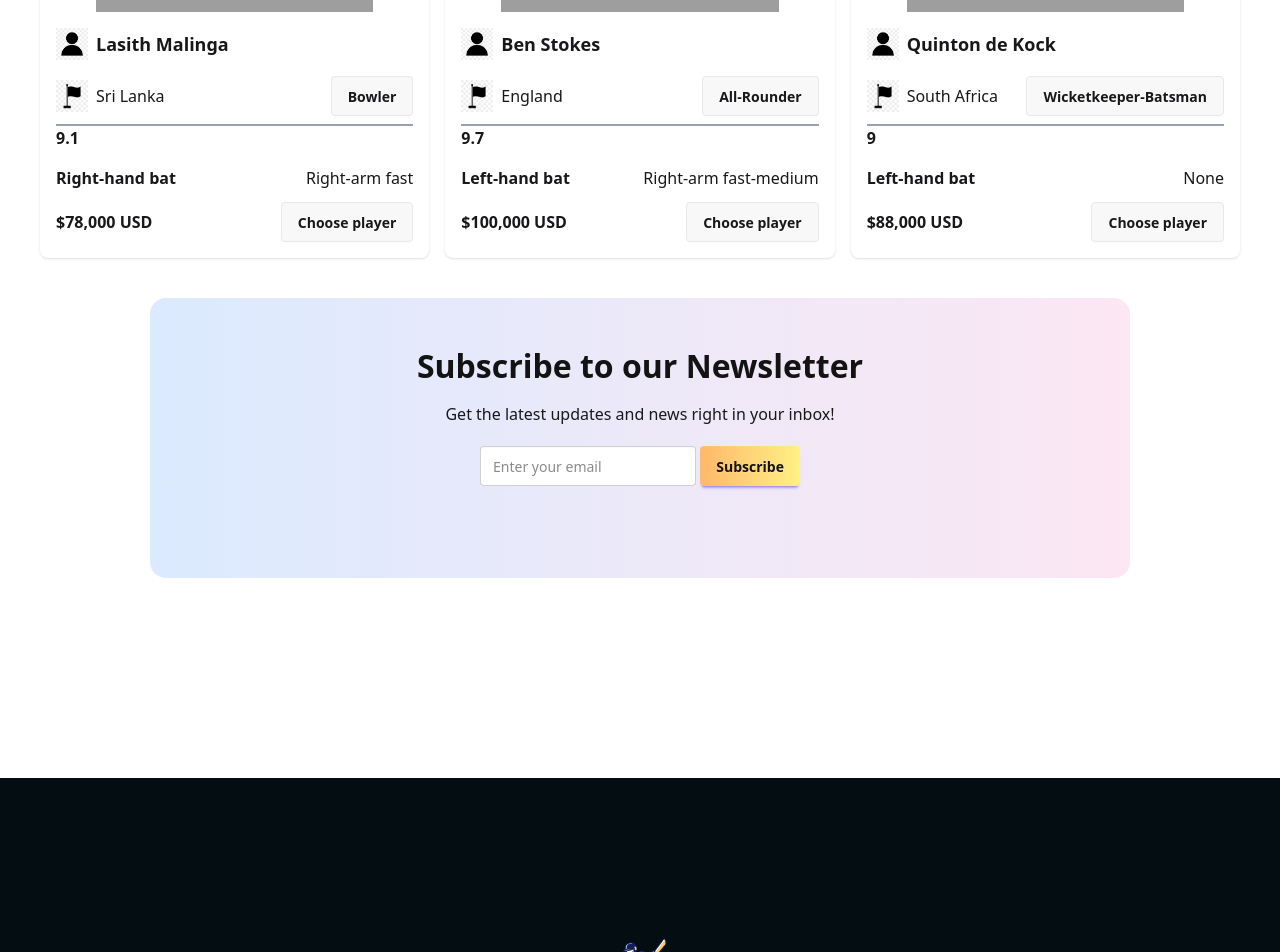
Repository: SanjidaSnigdha/Select-your-eleven
Page: /
These files come from the project's save history. The page is drawn as it stood at one moment and after the next save; the edit follows.
The browser window is 1280 px wide. The pictures show the part of the page from y = 2819 to 3771 px (the page is 4127 px tall before and 4079 px after).
Pictures or frames that could not be fetched are drawn as grey boxes. The project was rebuilt for these pictures with package versions that can differ from the ones it lists, and the page was loaded fresh each time. Also part of the build but not shown: vite.config.js, src/App.css, src/components/SelectedCard/SelectedCard.jsx, src/components/SelectedPlayers/SelectedPlayers.jsx.

Above is the page before, as saved 2026-03-23 02:59:18.

### index.html
<!doctype html>
<html lang="en" style="color-scheme: light;">
  <head>
    <meta charset="UTF-8" />
    <link rel="icon" type="image/svg+xml" href="/favicon.svg" />
    <meta name="viewport" content="width=device-width, initial-scale=1.0" />
    <title>select-your-eleven</title>
  </head>
  <body>
    <div id="root"></div>
    <script type="module" src="/src/main.jsx"></script>
  </body>
</html>

### src/index.css
 @import "tailwindcss";
 @plugin "daisyui" {
  themes: light --default, dark --prefersdark;
  themes: light --default;
 }

### src/App.jsx

import './App.css'
import { ToastContainer } from 'react-toastify';

import AvailablePlayers from './components/AvailablePlayers/AvailablePlayers'
import SelectedPlayers from './components/SelectedPlayers/SelectedPlayers'
import Navbar from './components/Navbar/Navbar'
import { Suspense, useState } from 'react'
import Banner from './components/Banner/Banner';
import Footer from './components/Footer/Footer';
import NewsLetter from './components/NewsLetter/NewsLetter';

const fetchPlayers = async () =>{
  const res = await fetch("/players.json")
  return res.json()
}
const playersPromise = fetchPlayers()


function App() {
  const [toggle,setToggle] = useState(true)
  const [availableBalance,setAvailableBalance] = useState(600000)
  const [purchasedPlayers,setPurchasedPlayers] = useState([])
  const removePlayer = (p) =>{
    const filteredData = purchasedPlayers.filter(ply=> ply.player_name!==p.player_name)
    console.log(filteredData)
    setPurchasedPlayers(filteredData)
    setAvailableBalance(availableBalance+parseInt(p.price.split("USD").join("").
                split(",").join("")))

  }

  return (
    <>
   <Navbar availableBalance={availableBalance}></Navbar>
   <Banner></Banner>
   <div className='max-w-[1200px] mx-auto flex justify-between items-center'>
    <h1 className='font-bold text-2xl'>{
    toggle===true?"Available players":`Selected players(${purchasedPlayers.length}/6)`}</h1>
    <div className='font-bold'>
      <button onClick={()=>setToggle(true)} className={`py-3 px-4 border-1 border-gray-400 rounded-l-2xl border-r-0 ${toggle===true?"bg-[#E7FE29]":""}`}>Available</button>
      <button onClick={()=>setToggle(false)} className={`py-3 px-4 border-1 border-gray-400 rounded-r-2xl border-l-0 ${toggle===false?"bg-[#E7FE29]":""}`}>Selected <span>({purchasedPlayers.length})</span></button>
    </div>

   </div>

     {
      toggle === true?<Suspense fallback={<span className="loading loading-spinner loading-xl"></span>
}>
    <AvailablePlayers purchasedPlayers={purchasedPlayers} setPurchasedPlayers={setPurchasedPlayers} availableBalance={availableBalance} setAvailableBalance={setAvailableBalance} playersPromise={playersPromise}></AvailablePlayers>
</Suspense>:<SelectedPlayers removePlayer={removePlayer} purchasedPlayers={purchasedPlayers} setToggle={setToggle}></SelectedPlayers>

     }



      <ToastContainer></ToastContainer>
      <div className='relative mt-20'>
        <div className='-mt-10'>
              <NewsLetter></NewsLetter>
              </div>

      </div>
      <Footer></Footer>

    </>
  )
}

export default App

### src/components/AvailablePlayers/AvailablePlayers.jsx
import React, { use } from 'react';

import PlayerCard from '../PlayerCard/PlayerCard';

const AvailablePlayers = ({playersPromise,setAvailableBalance,availableBalance,purchasedPlayers,setPurchasedPlayers}) => {
    const playerData = use(playersPromise)
    return (
        <div className='max-w-[1200px] mx-auto grid grid-cols-1 md:grid-cols-3 gap-4'>

            {
              playerData.map(player=><PlayerCard setPurchasedPlayers={setPurchasedPlayers} purchasedPlayers={purchasedPlayers} availableBalance={availableBalance} setAvailableBalance={setAvailableBalance} player={player}></PlayerCard>


              )
            }

        </div>
    );
};

export default AvailablePlayers;

### src/components/Navbar/Navbar.jsx
import React from 'react';
import navImg from "../../assets/logo.png"
import dollarImg from "../../assets/dollar-1.png"

const Navbar = ({availableBalance}) => {
    return (

         <div className="navbar max-w-[1200px] mx-auto">
          <div className="flex-1">
            <a className="text-xl">
              <img className="w-60px h-50px mt-4" src={navImg} alt="" />
           </a>
          </div>
          <div className='flex justify-between items-center text-gray-500 w-60 h-20 font-semibold mr-30 gap-4'>
            <a>Home</a>
            <a>Fixture</a>
            <a>Teams</a>
            <a>Schedules</a>
          </div>
          <div className="flex items-center gap-1 ml-4">
          <span className='mr-1'>{availableBalance}</span>
          <span className='mr-1'>Coin</span>
          <img className="w-5 h-5" src={dollarImg} alt="" />
         </div>
       </div>
    );

};

export default Navbar;

### src/components/Banner/Banner.jsx
import React from 'react';
import bannerImg from '../../assets/banner-main.png'

const Banner = () => {
    return (
        <div className='max-w-[1200px] mx-auto h-[475px] bg-[#131313]/90 mt-8 mb-10 rounded-3xl relative'>
           <img src={bannerImg} alt="" className='w-2/12 mx-auto p-10'/>
           <div>
            <h1 className='font-bold w-[970px] h-[60px] text-[#FFFFFF] w-2/12 mx-auto text-center mt-2 text-xl'>Assemble Your Ultimate Dream 11 Cricket Team</h1>
            <p className='text-[#FFFFFF]/70 text-center'>Beyond Boundaries Beyond Limits</p>
            <button className='btn border-amber-400 p-1 flex mt-8 rounded-xl font-bold bg-[#E7FE29] w-2/12 mx-auto text-center items-center'>Claim Free Credit</button>
           </div>
        </div>

    );
};

export default Banner;

### src/components/Footer/Footer.jsx
import React from 'react';
import footerImg from "../../assets/logo-footer.png"

const Footer = () => {
    return (
        <footer className="bg-[#040D11] text-base-content p-10 mt-50 w-full h-[530px] relative">
            {/* Footer Image */}
            <div className='flex justify-center mt-30'>
            <img src={footerImg} alt="" className='w-20 h-20 mb-8'/>
            </div>
   <div className='flex flex-col md:flex-row justify-between gap-8'>
    <div>
    <h6 className="font-semibold text-[18px] text-[#FFFFFF]">About us</h6>
    <p className='mt-2 text-[#FFFFFF]/60'>We are a passionate team<br></br>dedicated to providing the best <br></br> services to our customers.</p>

  </div>
  <div className='text-[#FFFFFF]'>
    <h6 className="font-semibold text-[18px]">Quick Links</h6>
    <div className='flex flex-col mt-2 gap-1 text-[#FFFFFF]/60'>
    <a className="link link-hover">. Home</a>
    <a className="link link-hover">. Services</a>
    <a className="link link-hover">. About</a>
    <a className="link link-hover">. Contact</a>
    </div>
  </div>

  <form>
    <h6 className="text-[#FFFFFF] font-semibold text-[18px]">Subscribe</h6>
    <p className='text-[#FFFFFF]/60'>Subscribe to our newsletter for the latest updates.</p>
    <fieldset className="w-80">
      <div className="join mt-2">
        <input
          type="text"
          placeholder="Enter your email"
          className="input input-bordered join-item" />
        <button className="btn btn-primary join-item">Subscribe</button>
      </div>
    </fieldset>
  </form>

  </div>
  <div className='text-center'>
     <p className='text-[#FFFFFF]/60 mt-8'>@2024 Your Company All Rights Reserved.</p>
</div>
</footer>
    );
};

export default Footer;

### src/components/NewsLetter/NewsLetter.jsx
import React from 'react';

const NewsLetter = () => {
    return (
        <div className='w-[980px] h-[280px] rounded-2xl bg-gradient-to-r from-blue-100 via-white-100 to-pink-100 -mt-10 mx-auto items-center text-center p-8'>
            <h1 className='font-bold text-[32px] text-[#131313] mt-3'>Subscribe to our Newsletter</h1>
            <p className='bg-[#131313]70 mt-3'>Get the latest updates and news right in your inbox!</p>
             <form>
    <fieldset className="w-80 mx-auto mt-3">
      <div className="gap-1 mt-2 flex">
        <input
          type="text"
          placeholder="Enter your email"
          className="input" />
        <button className="btn btn-primary bg-gradient-to-l border-none from bg-yellow-200 to-orange-300 text-[#131313] font-bold">Subscribe</button>
      </div>
    </fieldset>
  </form>

        </div>
    );
};

export default NewsLetter;

### src/components/PlayerCard/PlayerCard.jsx
import React, { useState } from 'react';
import userImg from "../../assets/man.png"
import flagImg from "../../assets/flag.jpg"
import { toast } from 'react-toastify';

const PlayerCard = ({player,setAvailableBalance,availableBalance,purchasedPlayers,setPurchasedPlayers}) => {
    const [isSelected,setIsSelected] = useState(false)

    const handleSelected = (playerData) =>{
        const playerPrice = parseInt(playerData.price.split("USD").join("").
                split(",").join(""))
                if(availableBalance<playerPrice){
                    toast("Not enough coins!!")
                    return
                }
                if(purchasedPlayers.length===6){
                    toast("6 players already selected")
                    return
                }

         setIsSelected(true)
                setAvailableBalance(availableBalance - playerPrice);
                setPurchasedPlayers([...purchasedPlayers,playerData])


    };
    return (
                        <div className="card bg-base-100 shadow-sm p-4">
         <figure className="px-10 pt-10">
           <img
             src={player.player_image}
             alt="Shoes"
             className='w-full h-[280px] object-cover'
              />
         </figure>
         <div className="mt-4">
           <div className='flex'>
               <img className='w-8 h-8' src={userImg} alt="" /><h2 className='card-title ml-2'>{player.player_name}</h2>
           </div>
           <div className='flex justify-between mt-4 border-b-2 border-gray-400 pb-2'>
       <div className='flex items-center'>
           <img className='w-8 h-8' src={flagImg} alt="" />
           <span className='ml-2'>{player.player_country}</span>
           </div>
           <button className='btn'>{player.playing_role}</button>
           </div>
       <div className='flex justify-between font-bold'>
           <span>{player.rating}</span>

       </div>
       <div className='flex justify-between mt-4'>
           <span className='font-bold'>{player.bating_style}</span>
           <span>{player.bowling_style}</span>
       </div>

           <div className="card-actions mt-3 flex justify-between items-center">
               <p className='font-bold'>${player.price}</p>
             <button disabled={isSelected} onClick={()=>{handleSelected(player)

             }} className="btn">{isSelected===true?"Selected":"Choose player"}</button>
           </div>
         </div>
       </div>
    );
};

export default PlayerCard;

### public/players.json
[
  {
    "player_image": "https://i.ibb.co.com/CKt7DdsZ/shakib-al-hasan-smiling-8olow941lckcha6b.jpg",
    "player_name": "Shakib Al Hasan",
    "player_country": "Bangladesh",
    "playing_role": "All-Rounder",
    "rating": 9.5,
    "bating_style": "Left-hand bat",
    "bowling_style": "Slow left-arm orthodox",
    "price": "75,000 USD"
  },
  {
    "player_image": "https://i.ibb.co.com/WWKnGkNs/Faf-du-Plessis.jpg",
    "player_name": "Faf du Plessis",
    "player_country": "South Africa",
    "playing_role": "Batsman",
    "rating": 9.0,
    "bating_style": "Right-hand bat",
    "bowling_style": "Right-arm medium",
    "price": "70,000 USD"
  },
  {
    "player_image": "https://i.ibb.co.com/XZxnnz3F/Rashid-Khan.jpg",
    "player_name": "Rashid Khan",
    "player_country": "Afghanistan",
    "playing_role": "Bowler",
    "rating": 9.8,
    "bating_style": "Right-hand bat",
    "bowling_style": "Right-arm leg spin",
    "price": "85,000 USD"
  },
  {
    "player_image": "https://i.ibb.co.com/4w5xgSNn/liton-das.jpg",
    "player_name": "Liton Das",
    "player_country": "Bangladesh",
    "playing_role": "Wicketkeeper-Batsman",
    "rating": 8.7,
    "bating_style": "Right-hand bat",
    "bowling_style": "None",
    "price": "60,000 USD"
  },
  {
    "player_image": "https://i.ibb.co.com/391gsfv8/Andre-Russell.jpg",
    "player_name": "Andre Russell",
    "player_country": "West Indies",
    "playing_role": "All-Rounder",
    "rating": 9.6,
    "bating_style": "Right-hand bat",
    "bowling_style": "Right-arm fast",
    "price": "90,000 USD"
  },
  {
    "player_image": "https://i.ibb.co.com/67D8FvCn/Mustafizur-Rahman.webp",
    "player_name": "Mustafizur Rahman",
    "player_country": "Bangladesh",
    "playing_role": "Bowler",
    "rating": 8.9,
    "bating_style": "Left-hand bat",
    "bowling_style": "Left-arm fast-medium",
    "price": "65,000 USD"
  },
  {
    "player_image": "https://i.ibb.co.com/h1wRWkVC/David-Warner.jpg",
    "player_name": "David Warner",
    "player_country": "Australia",
    "playing_role": "Batsman",
    "rating": 9.4,
    "bating_style": "Left-hand bat",
    "bowling_style": "Right-arm leg spin",
    "price": "95,000 USD"
  },
  {
    "player_image": "https://i.ibb.co.com/0VsmTGGY/Sunil-Narine.jpg",
    "player_name": "Sunil Narine",
    "player_country": "West Indies",
    "playing_role": "All-Rounder",
    "rating": 9.2,
    "bating_style": "Left-hand bat",
    "bowling_style": "Right-arm off spin",
    "price": "80,000 USD"
  },
  {
    "player_image": "https://i.ibb.co.com/HpkRbDz3/Babar.png",
    "player_name": "Babar Azam",
    "player_country": "Pakistan",
    "playing_role": "Batsman",
    "rating": 9.3,
    "bating_style": "Right-hand bat",
    "bowling_style": "None",
    "price": "92,000 USD"
  },
  {
    "player_image": "https://i.ibb.co.com/dsk08w2x/Lasith-Malinga1.jpg",
    "player_name": "Lasith Malinga",
    "player_country": "Sri Lanka",
    "playing_role": "Bowler",
    "rating": 9.1,
    "bating_style": "Right-hand bat",
    "bowling_style": "Right-arm fast",
    "price": "78,000 USD"
  },
  {
    "player_image": "https://i.ibb.co.com/s9vHr4tS/Ben-Stokes.png",
    "player_name": "Ben Stokes",
    "player_country": "England",
    "playing_role": "All-Rounder",
    "rating": 9.7,
    "bating_style": "Left-hand bat",
    "bowling_style": "Right-arm fast-medium",
    "price": "100,000 USD"
  },
  {
    "player_image": "https://i.ibb.co.com/gFhPmT1c/Quinton-de-Kock1.jpg",
    "player_name": "Quinton de Kock",
    "player_country": "South Africa",
    "playing_role": "Wicketkeeper-Batsman",
    "rating": 9.0,
    "bating_style": "Left-hand bat",
    "bowling_style": "None",
    "price": "88,000 USD"
  }
]

Loaded but not shown: src/main.jsx (common file)

After the next save:
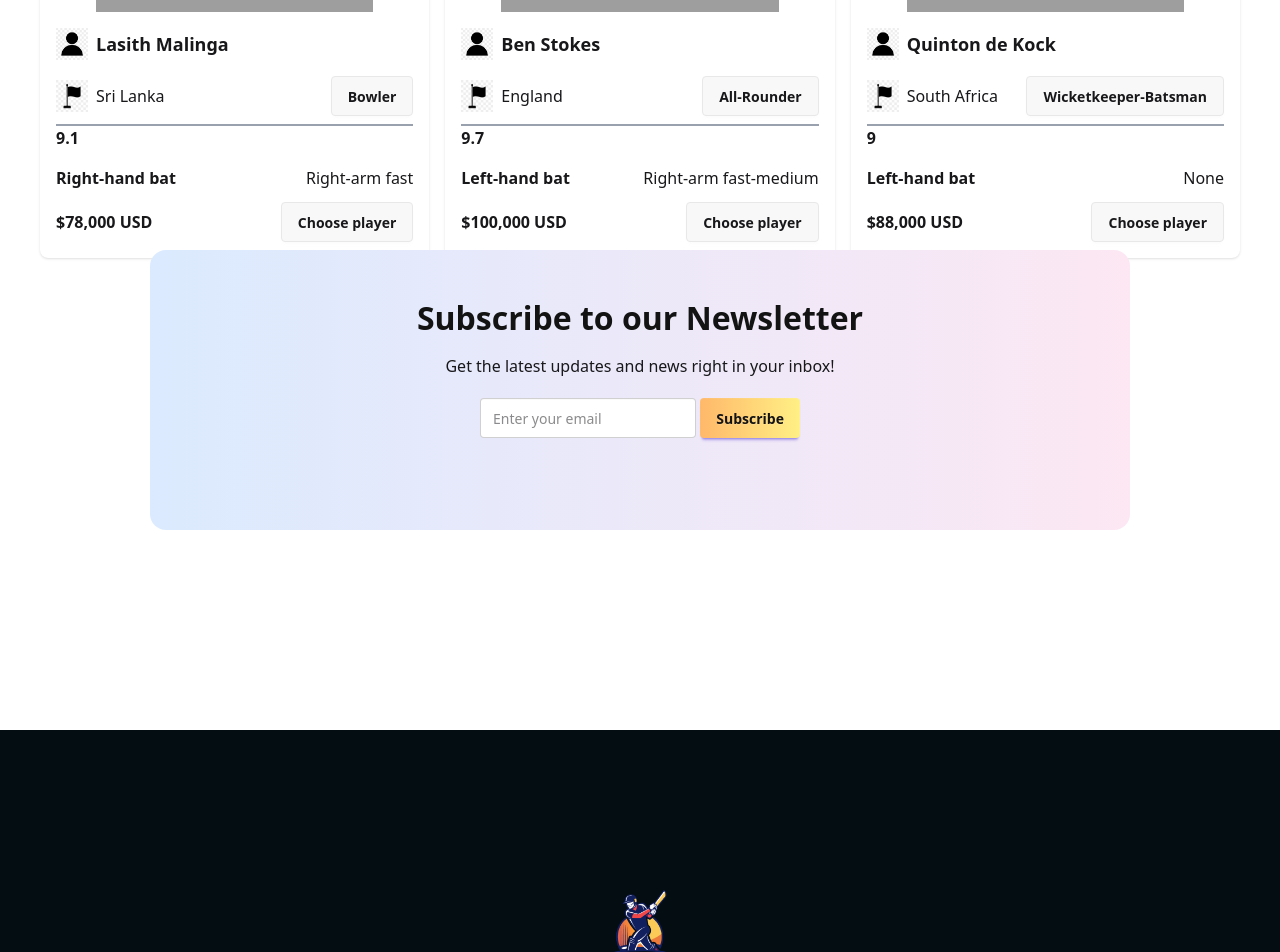
Saved 20 s later.
--- a/src/App.jsx
+++ b/src/App.jsx
@@ -55,7 +55,7 @@
 
 
       <ToastContainer></ToastContainer>
-      <div className='relative mt-20'>
+      <div className='relative mt-8'>
         <div className='-mt-10'>
               <NewsLetter></NewsLetter>
               </div>
